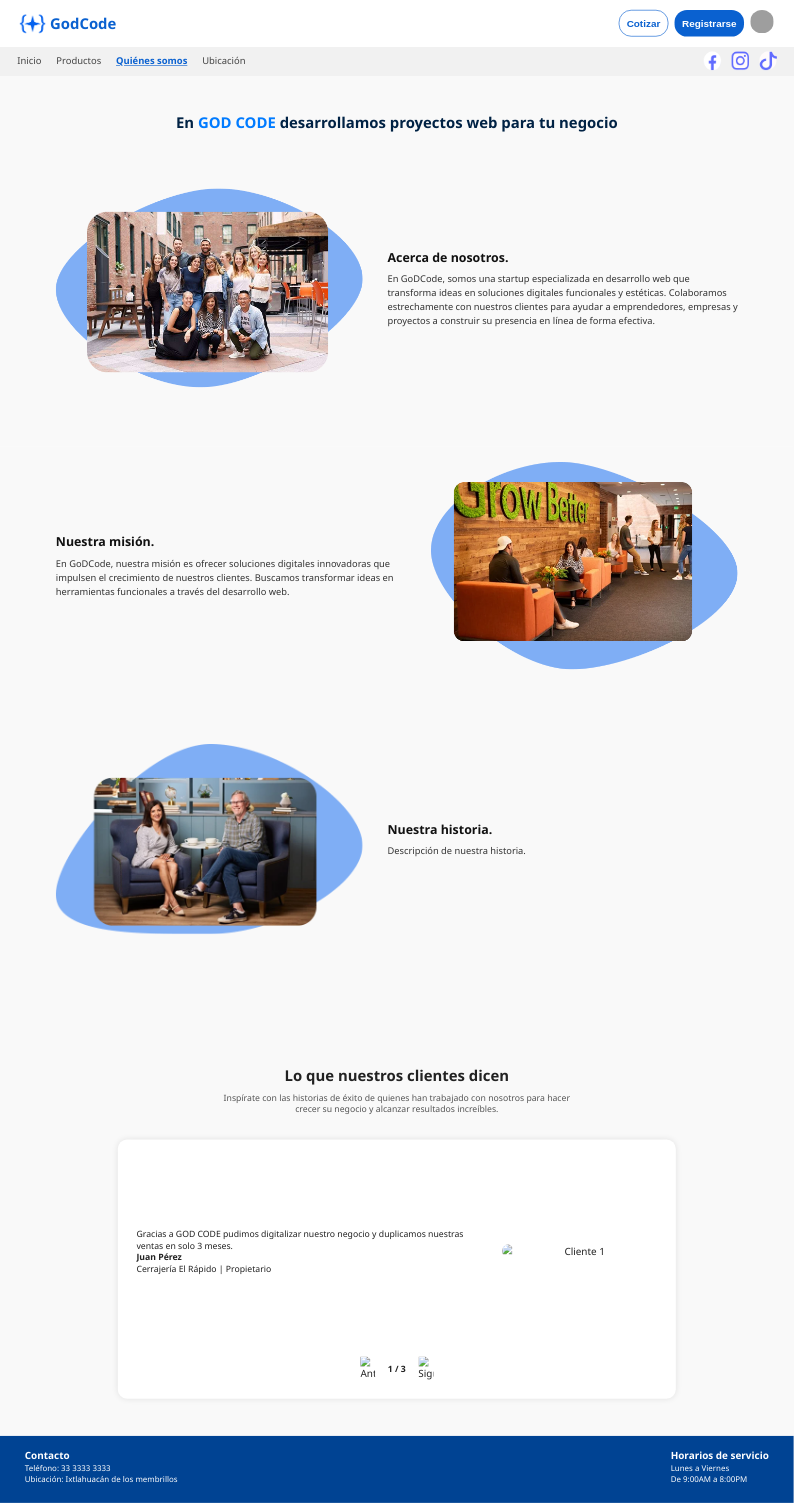
Repository: deDios/God-Code
Page: http://localhost/VIEW/Nosotros.php
The author's editor kept a copy of each file at every save. The page is drawn from the files as they stood at one save, then again after the next save.
The browser window is 1280 px wide. The pictures show the whole page, at 62% of full size.
Pictures or frames that could not be fetched are drawn as grey boxes. The page is run by PHP 8.4 with error messages shown; the project is at /var/www/html/.

Above is the page before, as saved 2025-06-08 11:26:31.
Console error: TypeError: Cannot set properties of null (setting 'innerHTML')
Not found: VIEW/img/flecha-derecha.png
Not found: VIEW/img/flecha-izquierda.png
Not found: VIEW/img/testimonio1.jpg

After the next save:
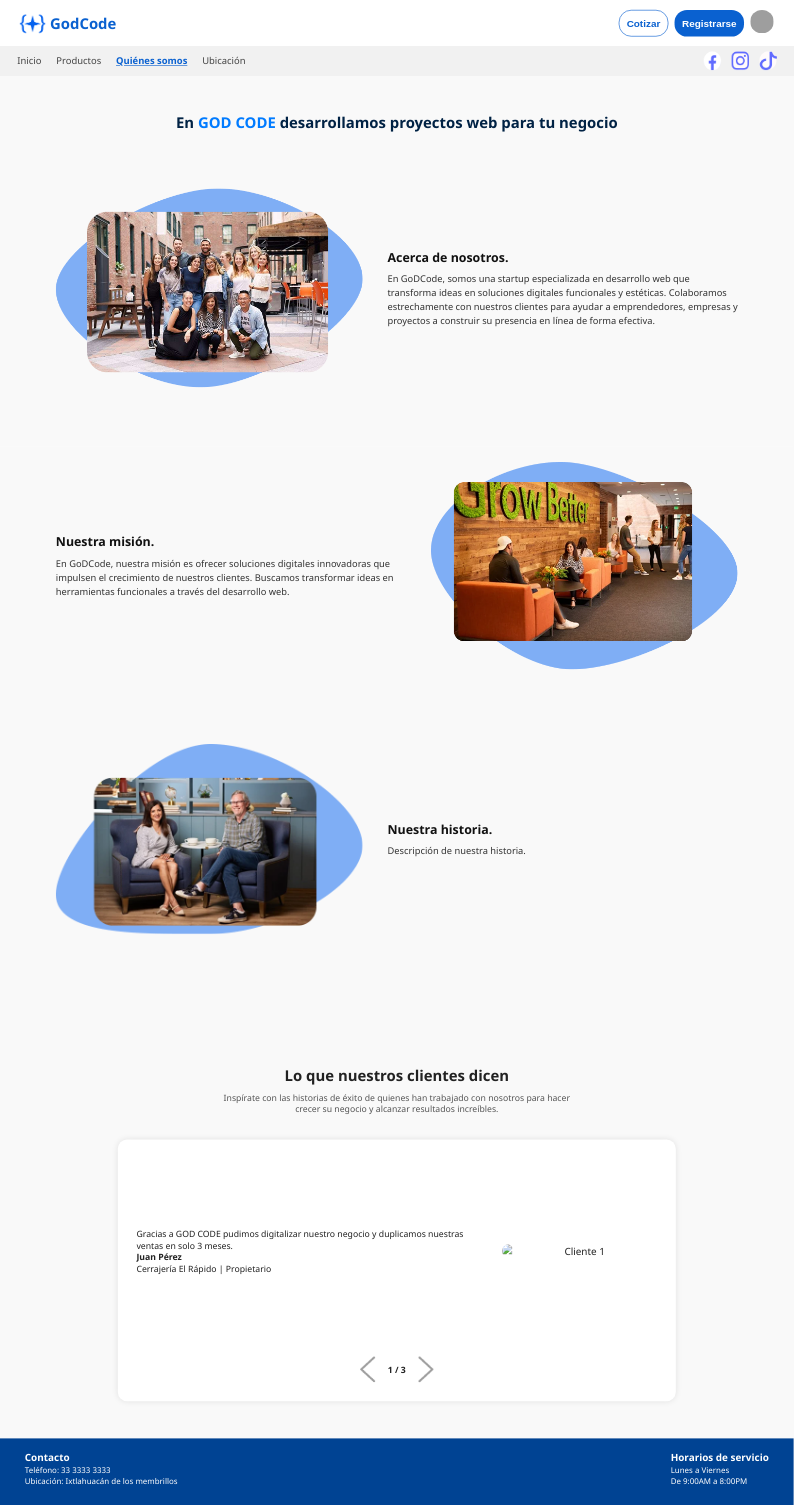
Saved 105 s later.
--- a/VIEW/Nosotros.php
+++ b/VIEW/Nosotros.php
@@ -155,9 +155,9 @@
                 </div>
 
                 <div class="botones-carrusel">
-                    <img src="img/flecha-izquierda.png" alt="Anterior" class="btn-carrusel" onclick="moverCarrusel(-1)">
+                    <img src="../ASSETS/Nosotros/flechaIzquierda.png" alt="Anterior" class="btn-carrusel" onclick="moverCarrusel(-1)">
                     <span id="indicador">1 / 3</span>
-                    <img src="img/flecha-derecha.png" alt="Siguiente" class="btn-carrusel" onclick="moverCarrusel(1)">
+                    <img src="../ASSETS/Nosotros/flechaDerecha.png" alt="Siguiente" class="btn-carrusel" onclick="moverCarrusel(1)">
                 </div>
             </div>
         </section>
